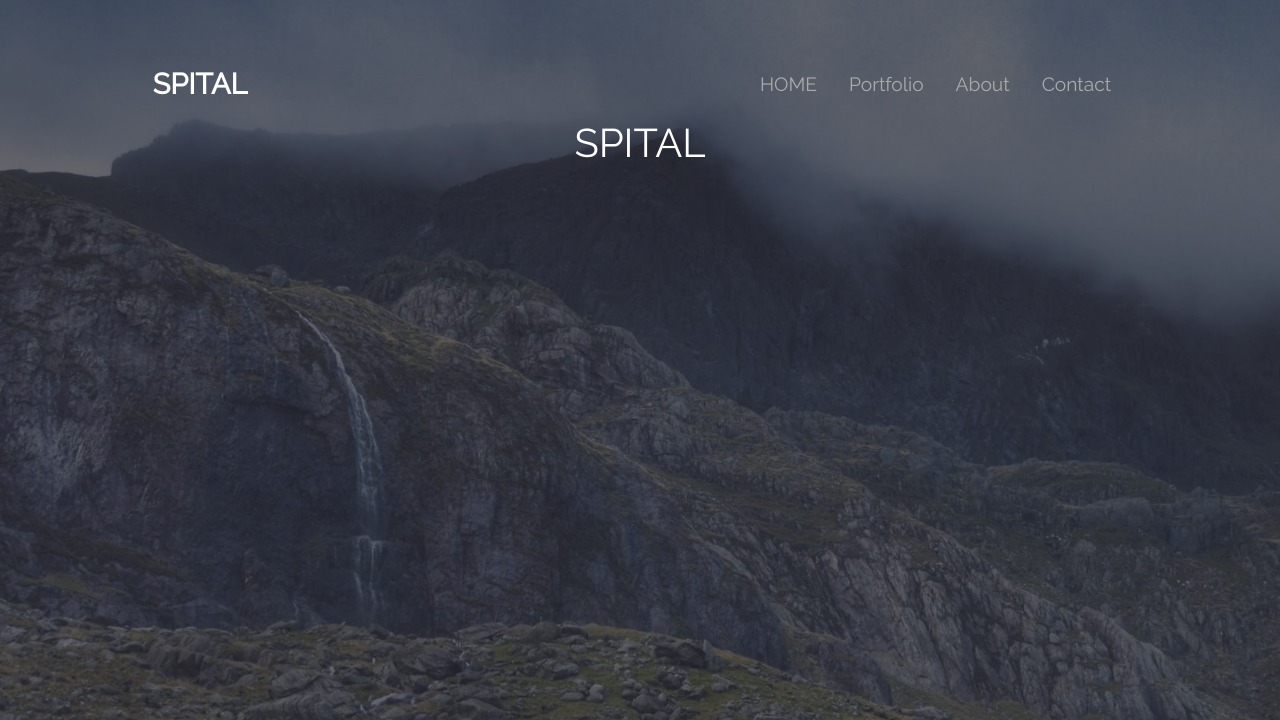
Repository: Mardoqueu/Bootstrap-4-Simple-Landing-Page
Page: index.html
These files come from the project's save history. The page is drawn as it stood at one moment and after a run of saves; the edit follows.
The browser window is 1280 px wide. The pictures show the whole page.

Above is the page before, as saved 2022-10-11 08:11:24.

### index.html
<!DOCTYPE html>
<html>
<head>
	<meta charset="utf-8">
	<meta name="viewreport" content="width=device-width, initial-scale=1.0">
	<title>
		html css and bootstrap 4 simple landing page
	</title>
	<link rel="stylesheet" type="text/css" href="https://stackpath.bootstrapcdn.com/bootstrap/4.3.1/css/bootstrap.min.css" />
	<link href="https://fonts.googleapis.com/css?family=Raleway&display=swap" rel="stylesheet" />
	<link rel="stylesheet" type="text/css" href="index.css" />
</head>
<body>
		<div class="container-fluid banner">
			<div class="row">
				<div class="col-md-12">
					<nav class="navbar navbar-md">
					<div class="navbar-brand">
						SPITAL
					</div>
					<ul class="nav">
						<li class="nav-item">
							<a class="nav-link" href="#">HOME</a>
						</li>
						<li class="nav-item">
							<a class="nav-link" href="#">Portfolio</a>
						</li>
						<li class="nav-item">
							<a class="nav-link" href="#">About</a>
						</li>
						<li class="nav-item">
							<a class="nav-link" href="#">Contact</a>
						</li>
					</ul>
				</nav>
				</div>
				<div class="col-md-6 offset-md-3">
					<h1 class="text-center">SPITAL</h1>
					<p class="text-center"></p>
				</div>
			</div>
		</div>
</body>
</html>

### index.css
body{
	margin:0;
	padding:0;
	background:#fff;
	font-family: 'Raleway',sans-serif;
	color: #fff;
}
.banner{
	height: 100vh;
	width: 100%;
	background:url('/sources/overlay.png'),url('/sources/banner.jpg');
	background-position: top;
	background-size:cover;
	/*background-attachment: fixed;*/
	background-repeat: no-repeat;
}
.banner .navbar{
	margin-top:4%;
}
.banner .navbar-brand{
	color: #fff;
	font-size:1.8em;
	font-weight: 700;
	margin-left: 10%;
}
.banner .nav{
	margin-right:10%;
}
.banner .nav li a{
	color:#aaa;
	font-size: 1.2em;
}
.banner .info{
	margin-top:15%;
	transform: translateY(-15%);
}
.banner .info h1{
	font-size: 2.5em;
	font-weight: 700;
	color: #fff;
	letter-spacing: 2px;
}
.banner .info p{
	font-size: 2em;
	font-weight: 500;
	color: #aaa;
	letter-spacing: 2px;
}
.banner .info a{
	margin-left:50%;
	transform: translateX(-50%);
	color: #fff;
	background: #e91d43;
	padding:10px 20px;
	font-size: 2em;
	font-weight: 600;
}
.banner .info a:hover{
	background: #e91e63;
}

After the next 2 saves:
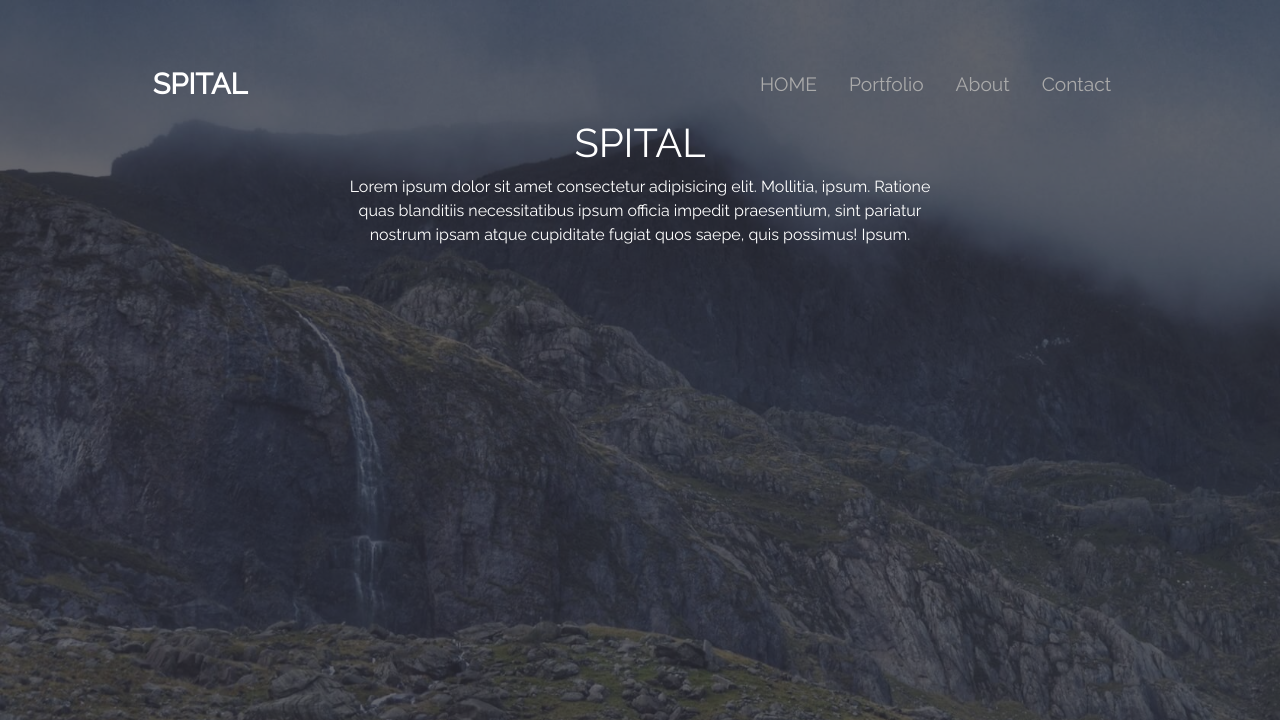
The 2 saves are shown as one change because they came seconds apart.
The last was saved 7 s later.
--- a/index.html
+++ b/index.html
@@ -36,7 +36,9 @@
 				</div>
 				<div class="col-md-6 offset-md-3">
 					<h1 class="text-center">SPITAL</h1>
-					<p class="text-center"></p>
+					<p class="text-center">
+						Lorem ipsum dolor sit amet consectetur adipisicing elit. Mollitia, ipsum. Ratione quas blanditiis necessitatibus ipsum officia impedit praesentium, sint pariatur nostrum ipsam atque cupiditate fugiat quos saepe, quis possimus! Ipsum.
+					</p>
 				</div>
 			</div>
 		</div>
